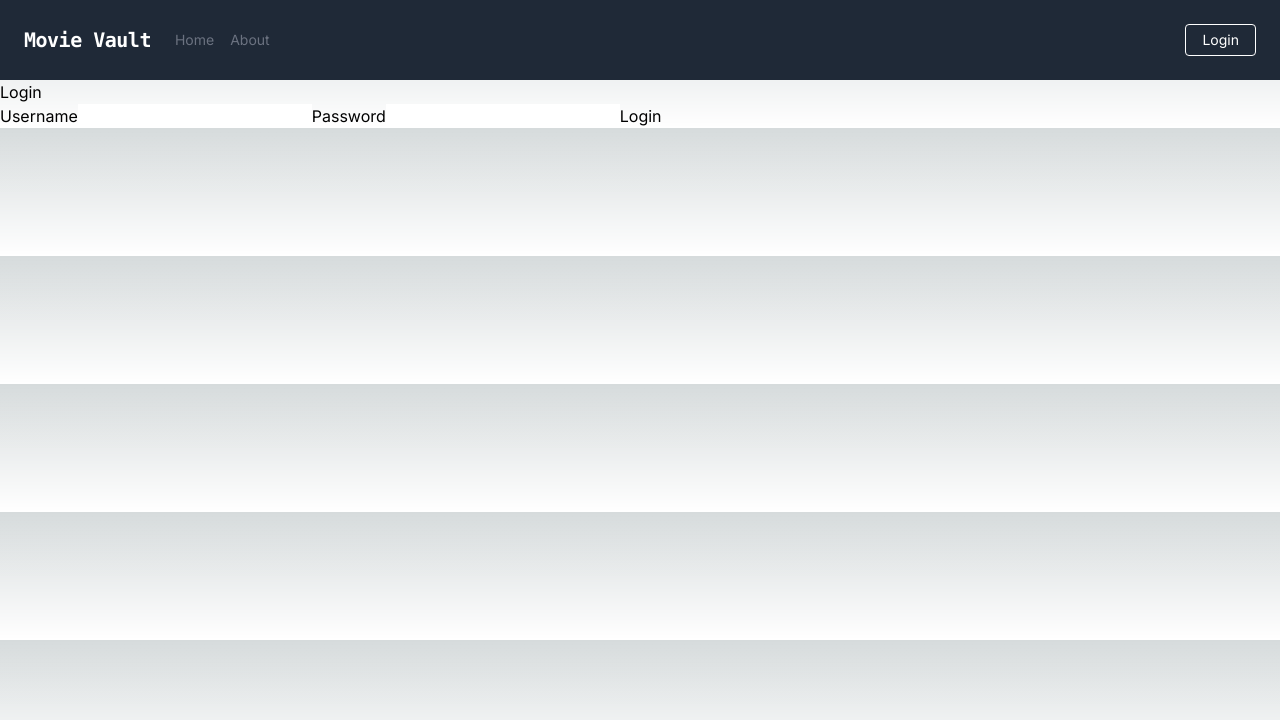
Repository: badhon252/Candidates-portal
Page: /login
These files come from the project's save history. The page is drawn as it stood at one moment and after the next save; the edit follows.
The browser window is 1280 px wide. The pictures show the whole page.
The project was rebuilt for these pictures with package versions that can differ from the ones it lists, and the page was loaded fresh each time. The framework's server and built-in components were replaced by stand-ins that run in the browser. Also part of the build but not shown: next.config.js.

Above is the page before, as saved 2023-05-31 17:48:52.

After the next save:
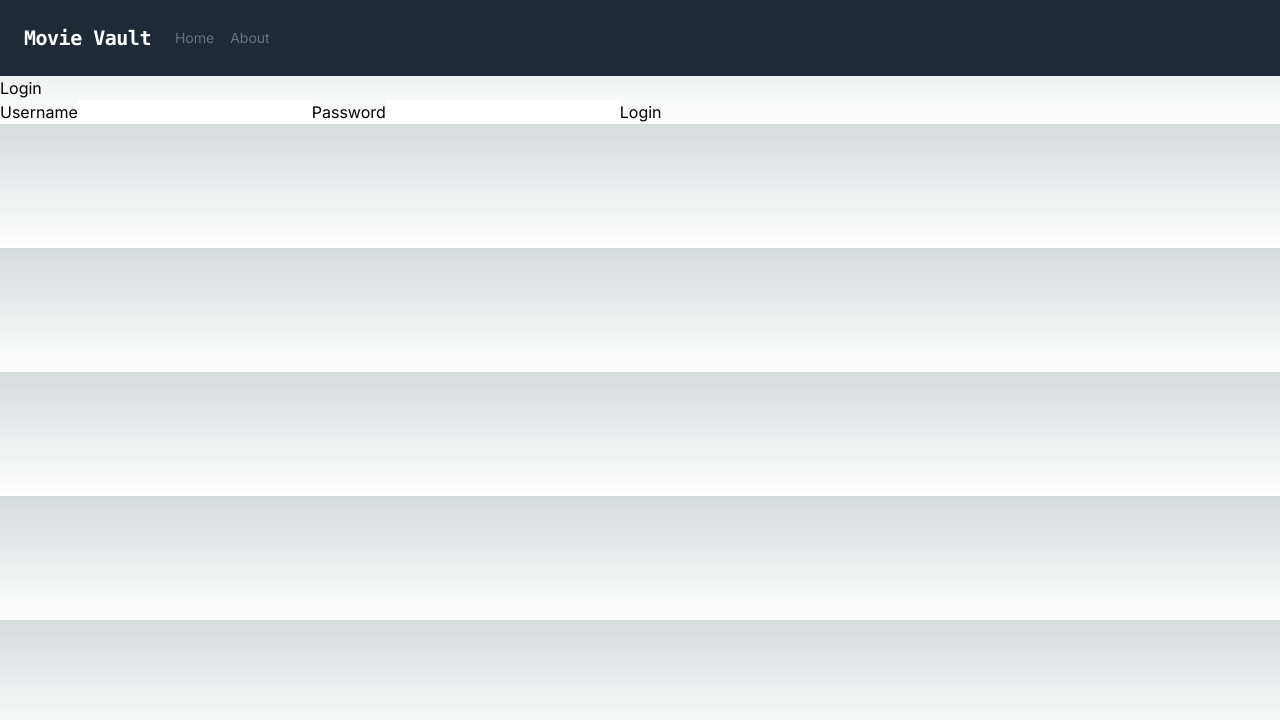
Saved 19 s later.
--- a/app/components/Nav.tsx
+++ b/app/components/Nav.tsx
@@ -41,14 +41,14 @@ export default function Nav() {
             About
           </Link>
         </div>
-        <div>
+        {/* <div>
           <Link
             href="/login"
             className="inline-block text-sm px-4 py-2 leading-none border rounded text-white border-white hover:border-transparent hover:text-gray-500 hover:bg-white mt-4 lg:mt-0"
           >
             Login
           </Link>
-        </div>
+        </div> */}
       </div>
     </nav>
   );
